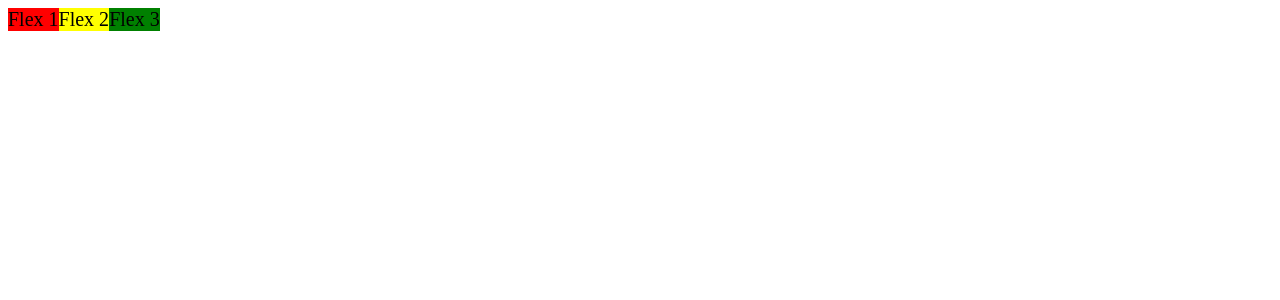
Repository: Kubraaygun/Html_Css_Login
Page: index.html
The author's editor kept a copy of each file at every save. The page is drawn from the files as they stood at one save, then again after the next save.
The browser window is 1280 px wide. The pictures show the whole page.

Above is the page before, as saved 2025-03-04 19:57:04.

After the next save:
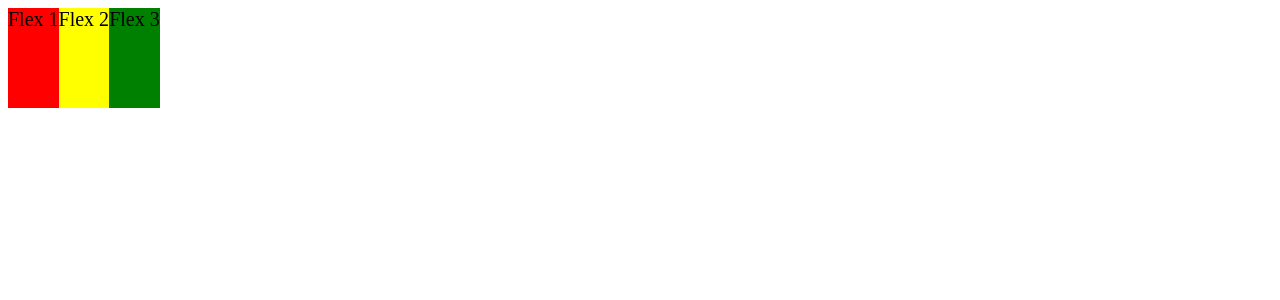
Saved 21 s later.
--- a/index.html
+++ b/index.html
@@ -8,7 +8,7 @@
   </head>
 
   <body>
-    <div class="contaien" style="display: flex">
+    <div class="contaien" style="display: flex; height: 100px">
       <div style="background-color: red">Flex 1</div>
       <div style="background-color: yellow">Flex 2</div>
       <div style="background-color: green">Flex 3</div>
